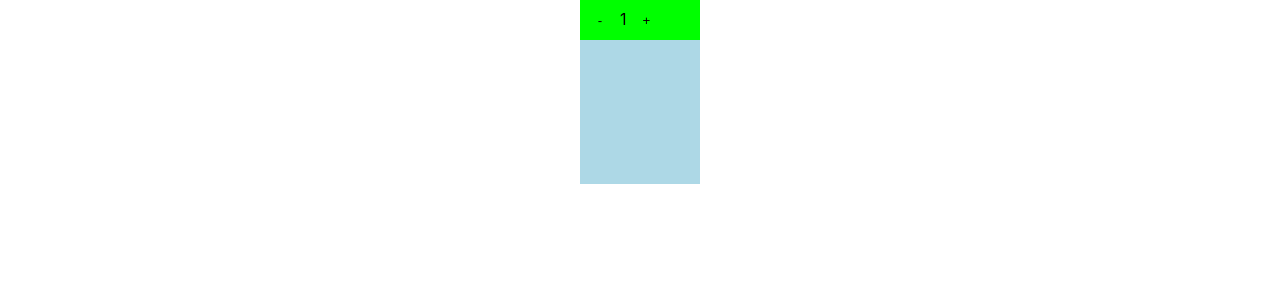
Repository: max535/test-task-netrika
Page: /
An editor plug-in stored every save of this project. The page is shown before and after the next save, followed by the edit.
The browser window is 1280 px wide. The pictures show the whole page.
The project was rebuilt for these pictures with package versions that can differ from the ones it lists, and the page was loaded fresh each time.

Above is the page before, as saved 2021-10-16 06:54:35.

### public/index.html
<!DOCTYPE html>
<html lang="en">
  <head>
    <meta charset="utf-8" />
    <meta name="viewport" content="width=device-width, initial-scale=1" />
    <title>Тестовые задания</title>
  </head>
  <body>
    <div id="root"></div>
  </body>
</html>

### src/App.js
import React from 'react';
import Counter from './Counter/Counter';
import './App.css';

function App() {
  return (
    <div className="App">
      <Counter className="White" />

    </div>
  );
}

export default App;

### src/Counter/Counter.js
import React, { useState } from 'react';
import "./Counter.css";

const Counter = () => {
    const [count, setCount] = useState(1);

    const handleIncrement = () => {
        setCount(count + 1);
    }

    const handleDecrement = () => {
        setCount(count - 1);
    }

    return (
        <div className="Frame">
            <div className="Counter">
                <button className="Decrement" onClick={handleDecrement}>-</button>
                <span className="Count">{count}</span>
                <button className="Increment" onClick={handleIncrement}>+</button>
            </div>
        </div>
    );
}

export default Counter;

### src/App.css
.App {
  display: flex;
  flex-direction: column;
  align-items: center;
  width: 100%;
  height: 100%;
}

### src/Counter/Counter.css
.Frame {
    width: 120px;
    height: 184px;
    background-color: lightblue;
}

.Counter {
   width: 120px;
   height: 40px;
   background-color: lime;

}

.Decrement, .Increment {
    width: 40px;
    height: 40px;
    border: none;
    background-color: inherit;
}

/* .Increment {
    width: 40px;
    height: 40px;
} */

.Count {
    width: 40px;
    height: 40px;
}

Loaded but not shown: src/index.js (common file); src/index.css (common file)

After the next save:
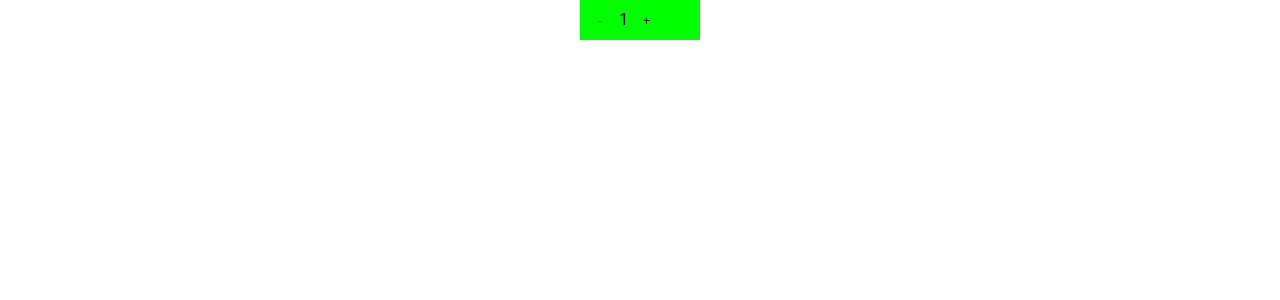
Saved 91 s later.
--- a/src/Counter/Counter.js
+++ b/src/Counter/Counter.js
@@ -13,12 +13,10 @@ const Counter = () => {
     }
 
     return (
-        <div className="Frame">
-            <div className="Counter">
-                <button className="Decrement" onClick={handleDecrement}>-</button>
-                <span className="Count">{count}</span>
-                <button className="Increment" onClick={handleIncrement}>+</button>
-            </div>
+        <div className="Counter">
+            <button className="Decrement" onClick={handleDecrement}>-</button>
+            <span className="Count">{count}</span>
+            <button className="Increment" onClick={handleIncrement}>+</button>
         </div>
     );
 }

After the 2 saves that followed:
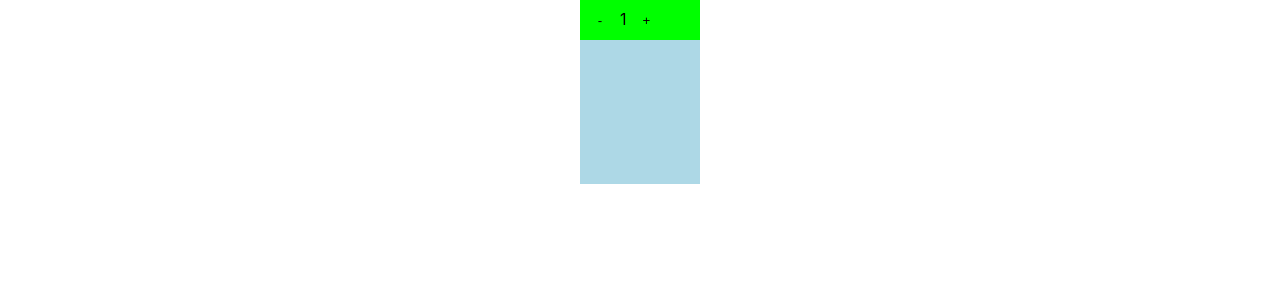
The 2 saves are shown as one change because they came seconds apart.
The last was saved 31 s later.
--- a/src/App.js
+++ b/src/App.js
@@ -5,8 +5,9 @@ import './App.css';
 function App() {
   return (
     <div className="App">
-      <Counter className="White" />
-
+      <div className="Frame">
+        <Counter className="White" />
+      </div>
     </div>
   );
 }
